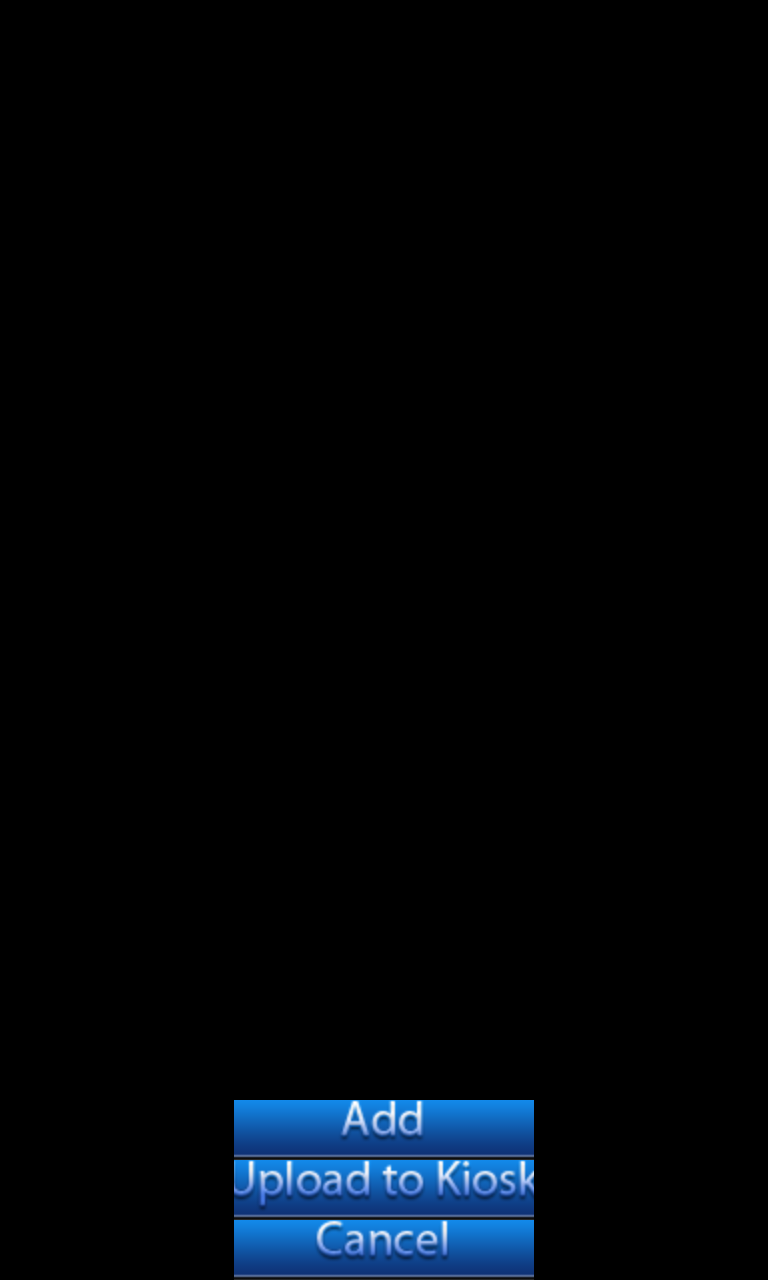
Repository: Matt-Bishop/HP-Photo-Kiosk
Layout: workspace/HP_PK/res/layout/gallery.xml
These files come from the project's save history. The layout is drawn as it stood at one moment and after the next save; the edit follows.
It is drawn on a 768 x 1280 px phone screen (xhdpi) without system bars, with theme android:Theme; the app's code is not run.

Above is the layout before, as saved 2011-01-05 02:19:00.

After the next save:
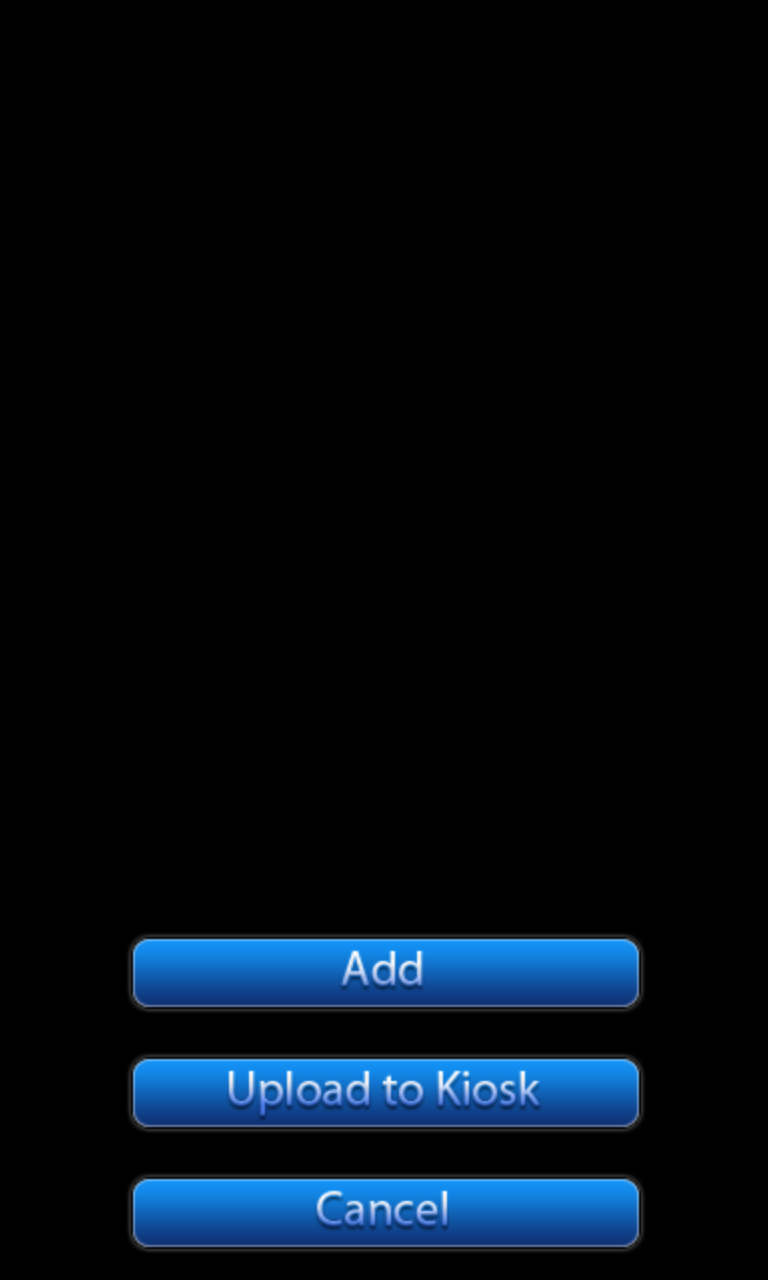
Saved 34 s later.
--- a/workspace/HP_PK/res/layout/gallery.xml
+++ b/workspace/HP_PK/res/layout/gallery.xml
@@ -15,8 +15,8 @@
 </Gallery>
 <ImageButton
 android:id="@+id/add"
-android:layout_width="300px"
-android:layout_height="60px"
+android:layout_width="300dip"
+android:layout_height="60dip"
 android:src="@drawable/hp_add_button"
 android:layout_above="@+id/kisokupload"
 android:layout_centerHorizontal="true"
@@ -24,8 +24,8 @@
 </ImageButton>
 <ImageButton
 android:id="@+id/kisokupload"
-android:layout_width="300px"
-android:layout_height="60px"
+android:layout_width="300dip"
+android:layout_height="60dip"
 android:src="@drawable/hp_upload_button"
 android:layout_above="@+id/uploadcancel"
 android:layout_alignLeft="@+id/uploadcancel"
@@ -33,8 +33,8 @@
 </ImageButton>
 <ImageButton
 android:id="@+id/uploadcancel"
-android:layout_width="300px"
-android:layout_height="60px"
+android:layout_width="300dip"
+android:layout_height="60dip"
 android:src="@drawable/hp_cancel_button"
 android:layout_alignParentBottom="true"
 android:layout_centerHorizontal="true"
